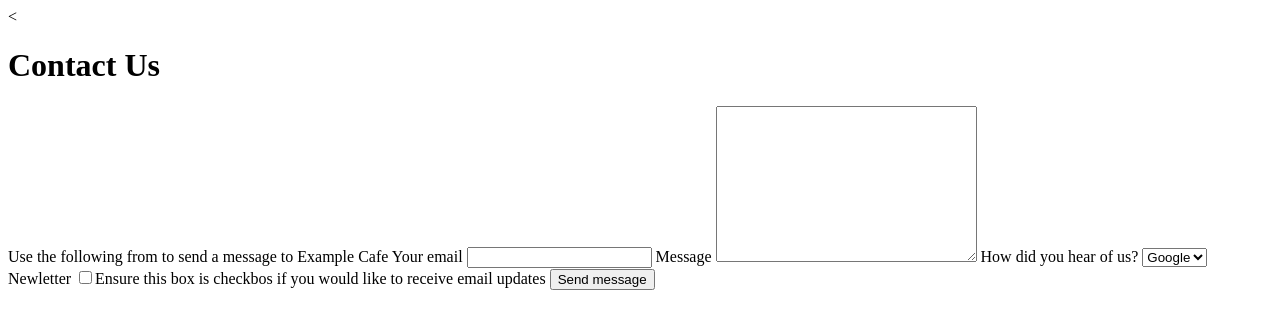
Repository: PhamChiXuan1/HTCNW_tuan3_DHCNTT16C_PhamChiXuan_20030131
Page: bt14.html
These files come from the project's save history. The page is drawn as it stood at one moment and after the next save; the edit follows.
The browser window is 1280 px wide. The pictures show the whole page.

Above is the page before, as saved 2022-02-28 12:41:12.

After the next save:
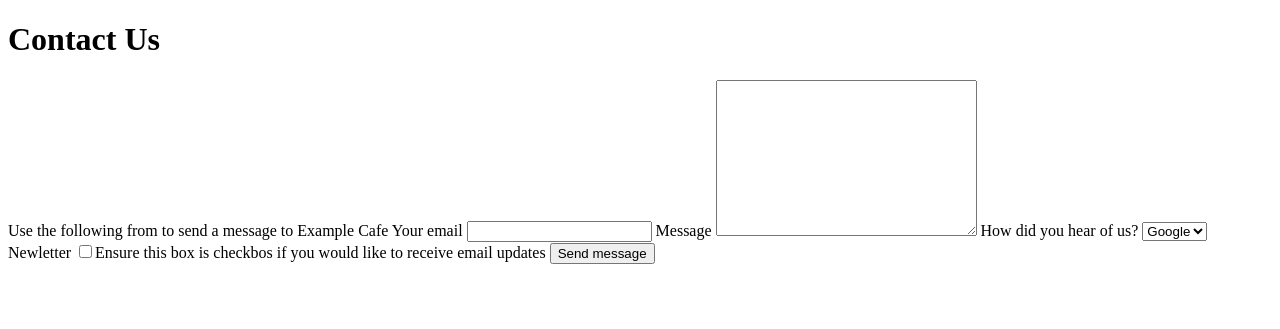
Saved 4 s later.
--- a/bt14.html
+++ b/bt14.html
@@ -7,7 +7,7 @@
     <title>Document</title>
 </head>
 <body>
-    <
+
         <H1>Contact Us</H1>
         <tr>
             <td>Use the following from to send a message to Example Cafe</td>
